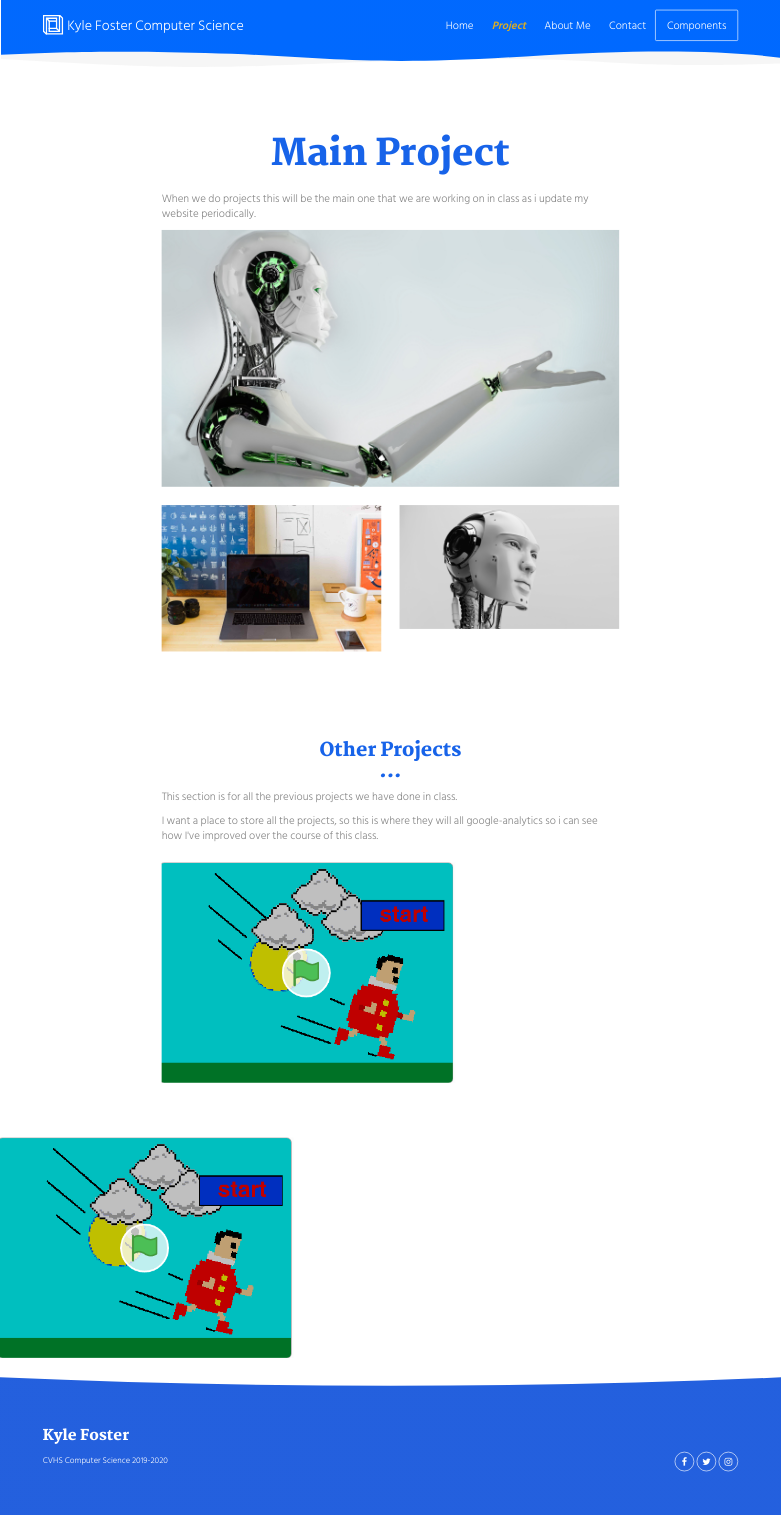
Repository: Kylefostertaz/Kylefostertaz.github.io
Page: project.html
The author's editor kept a record of every edit. The page is drawn from the files as they stood at one moment, then again after the next edit.
The browser window is 1280 px wide. The pictures show the whole page, at 61% of full size.

Above is the page before.

### project.html
<!DOCTYPE html>


<!-- https://html-css-js.com/css/generator/gradient/ -->
<!-- MR THOE I used the COMMENT TAGGGGGGG !!!!!!!!!!!-->


<html lang="en">

<head>
  <meta charset="UTF-8">
  <meta name="description" content="My First ever Website I created">
  <meta name="keywords" content="Website,fun.kyle,foster,html,cvhs,code,coding,program,script">
  <meta name="author" content="Kyle Foster">
  <meta name="viewport" content="width=device-width, initial-scale=1.0">

  <!-- Disable tap highlight on IE -->
  <meta name="msapplication-tap-highlight" content="no">


  <link rel="apple-touch-icon" sizes="180x180" href="./assets/apple-icon-180x180.png">
  <link href="./assets/favicon.png" rel="icon">

  <link href="" rel="stylesheet">


  <title>Projects</title>

<link href="./main.550dcf66.css" rel="stylesheet"></head>

<body> <!-- Add your content of header -->
<header>
  <nav class="navbar navbar-default active">
    <div class="container">
      <div class="navbar-header">
        <button type="button" class="navbar-toggle collapsed" data-toggle="collapse" data-target="#navbar-collapse" aria-expanded="false">
          <span class="sr-only">Toggle navigation</span>
          <span class="icon-bar"></span>
          <span class="icon-bar"></span>
          <span class="icon-bar"></span>
        </button>
        <a class="navbar-brand" href="./index.html" title="Home Page">
          <img src="./assets/images/mashup-icon.svg" class="navbar-logo-img" alt="Mashup Logo">
          Kyle Foster Computer Science
        </a>
      </div>

      <div class="collapse navbar-collapse" id="navbar-collapse">
        <ul class="nav navbar-nav navbar-right">
          <li><a href="./index.html" title="Home Page" class="defaultclass">Home</a></li>
          <li class="current"><a href="./project.html" title="All Our Class Projects" class="current">Project</a></li>
		  <li><a href="./about.html" title="About Me" class="defaultclass">About Me</a></li>
		  <li><a href="./contact.html" title="Send Me a Message" class="defaultclass">Contact</a></li>
          <li>
            <p>
              <a href="./components.html" class="btn btn-default navbar-btn" title="Resources to Develop">Components</a>
            </p>
          </li>

        </ul>
      </div>
    </div>
  </nav>
</header>

<div class="section-container">
    <div class="container">
      <div class="row">
        <div class="col-xs-12 col-md-8 col-md-offset-2">
          <h1 class="text-center">Main Project</h1>
          <p>When we do projects this will be the main one that we are working on
			in class as i update my website periodically.</p>

          <div class="section-container-spacer">
            <img src="./assets/images/img-06.jpg" alt="Robot Full Body" class="img-responsive reveal-content" data-action="zoom">
          </div>

          <div class="row">
            <div class="col-xs-6">
              <img src="./assets/images/img-04.jpg" alt="iMac on table" class="img-responsive reveal-content" data-action="zoom">
            </div>
            <div class="col-xs-6">
              <img src="./assets/images/img-07.jpg" alt="Robot Face" class="img-responsive reveal-content" data-action="zoom">
            </div>
          </div>
       </div>
      </div>
    </div>
  </div>

  <div class="section-container">
    <div class="container">
      <div class="row section-container-spacer">
        <div class="col-xs-12 col-md-8 col-md-offset-2">
          <h2 class="text-center">Other Projects</h2>
          <div class="section-container-spacer">
            <p>This section is for all the previous projects we have done in class.</p>
            <p>I want a place to store all the projects, so this is where they will all google-analytics
				so i can see how I've improved over the course of this class.</p>
          </div>
          <a href="https://scratch.mit.edu/projects/327281224/" target="_blank"><img src="./assets/images/scratch_img.PNG" alt="Scratch Game Image with Link"></a>
        </div>
      </div>
    </div>
  </div>










  <a href="https://scratch.mit.edu/projects/327281224/" target="_blank"><img src="./assets/images/scratch_img.PNG" alt="Scratch Game Image with Link"></a>

<footer class="footer-container white-text-container">
  <div class="container">
    <div class="row">


      <div class="col-xs-12">
        <h3>Kyle Foster</h3>

        <div class="row">
          <div class="col-xs-12 col-sm-7">
            <p><small>CVHS Computer Science 2019-2020</small>
            </p>
          </div>
          <div class="col-xs-12 col-sm-5">
            <p class="text-right">
              <a href="https://www.facebook.com/DancingLightsInHighland/" class="social-round-icon white-round-icon fa-icon" title="Facebook" target="_blank">
                <i class="fa fa-facebook" aria-hidden="true"></i>
              </a>
              <a href="https://twitter.com/KyleFilmsMC" class="social-round-icon white-round-icon fa-icon" title="Twitter" target="_blank">
                <i class="fa fa-twitter" aria-hidden="true"></i>
              </a>
              <a href="https://www.instagram.com/fostertazkyle/" class="social-round-icon white-round-icon fa-icon" title="Instagram" target="_blank">
                <i class="fa fa-instagram" aria-hidden="true"></i>
              </a>
            </p>
          </div>
        </div>


      </div>
    </div>
  </div>
</footer>

<script>
  document.addEventListener("DOMContentLoaded", function (event) {
    navActivePage();
    scrollRevelation('.reveal');
  });
</script>

 <script type="text/javascript" src="./main.0cf8b554.js"></script></body>

</html>

Loaded but not shown: main.0cf8b554.js (library); main.550dcf66.css (4171 lines, source omitted)

After the next edit:
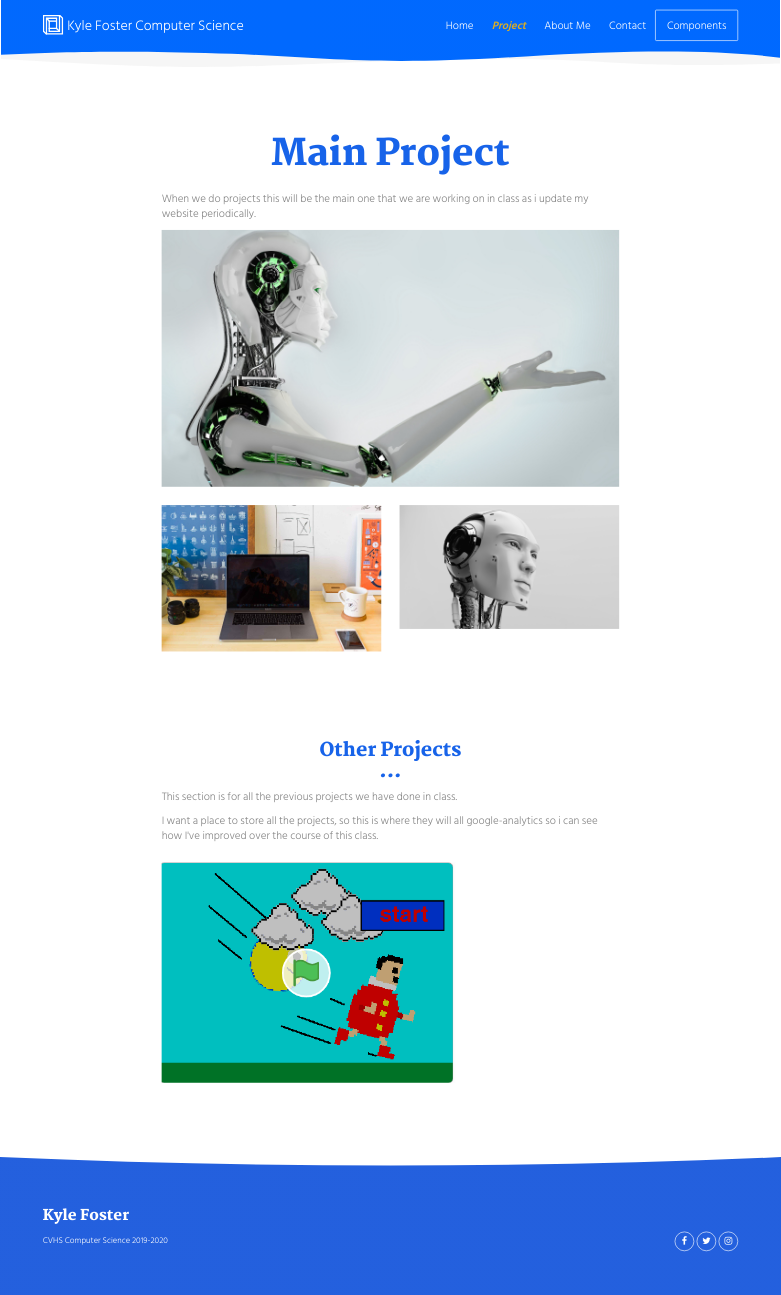
The edit:
--- a/project.html
+++ b/project.html
@@ -104,17 +104,6 @@
     </div>
   </div>
 
-
-
-
-
-
-
-
-
-
-  <a href="https://scratch.mit.edu/projects/327281224/" target="_blank"><img src="./assets/images/scratch_img.PNG" alt="Scratch Game Image with Link"></a>
-
 <footer class="footer-container white-text-container">
   <div class="container">
     <div class="row">
